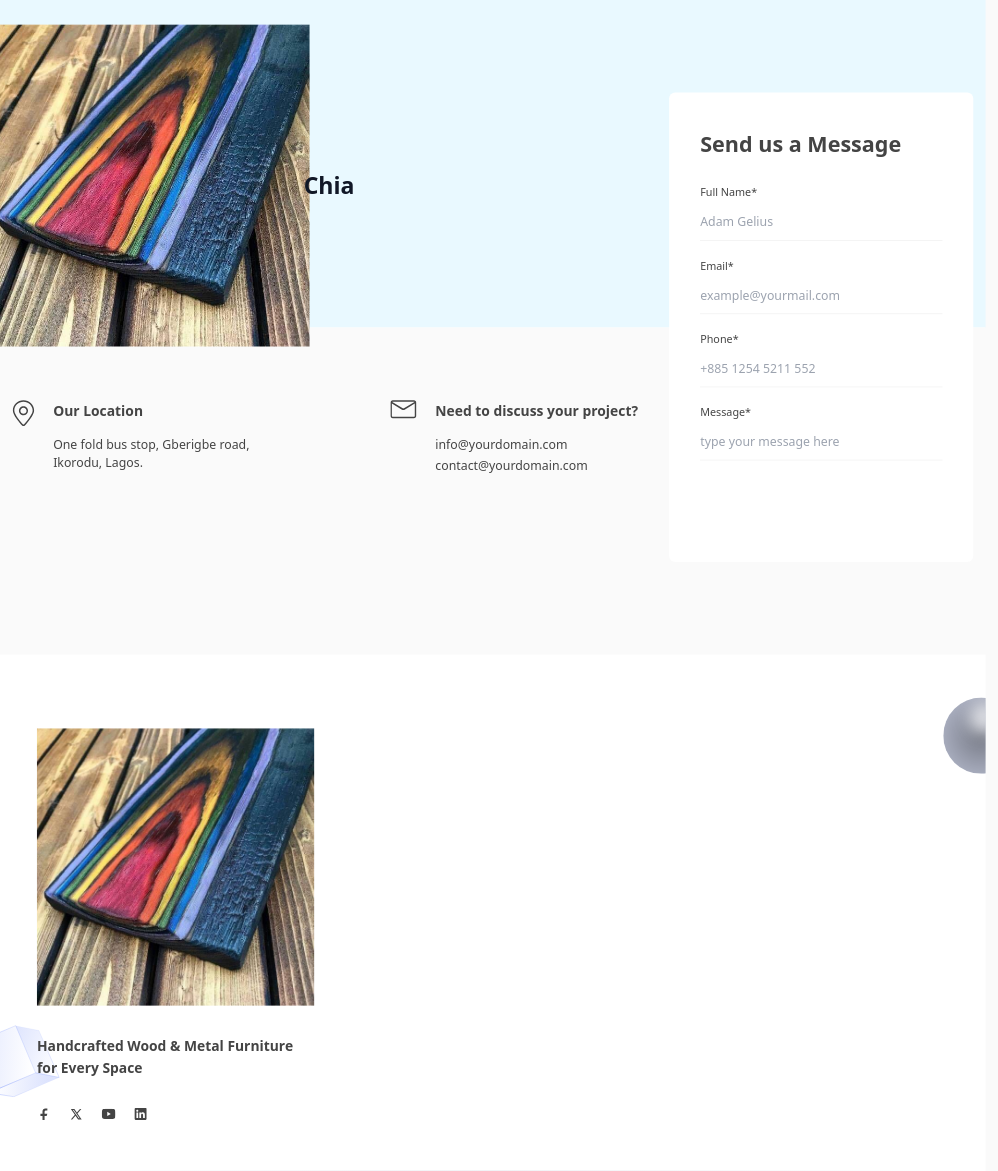
Repository: SuezDevelopment/chiara_creations
Page: /
An editor plug-in stored every save of this project. The page is shown before and after the next save, followed by the edit.
The browser window is 1280 px wide. The page is 1296 px wide, so the pictures cover 1296 px, including what lies to the right of the window. The pictures show the whole page, at 77% of full size.
The project was rebuilt for these pictures with package versions that can differ from the ones it lists, and the page was loaded fresh each time. The framework's server and built-in components were replaced by stand-ins that run in the browser. Also part of the build but not shown: next.config.mjs.

Above is the page before, as saved 2024-03-07 13:06:49.

### src/pages/_app.tsx
import 'tailwindcss/tailwind.css';
import "@/styles/globals.css";
import type { AppProps } from "next/app";

import {memo} from 'react';

const MyApp = memo(({Component, pageProps}: AppProps): JSX.Element => {
  return (
    <>
      <Component {...pageProps} />
    </>
  );
});

export default MyApp;

### src/pages/_document.tsx
import { Html, Head, Main, NextScript } from "next/document";

export default function Document() {
  return (
    <Html lang="en">
      <Head>
        <meta charSet="utf-8" />

        <meta content="notranslate" name="google" />
      </Head>
      <body>
        <Main />
        <NextScript />
      </body>
    </Html>
  );
}

### src/pages/index.tsx
import Image from "next/image";
import { Inter } from "next/font/google";
import Page from "@/components/layout/page";
import { homePageMeta } from "@/data/data";
import Header from "@/components/ui/header";
import Contact from "@/components/ui/contact";
import Footer from "@/components/ui/footer";

export default function Home() {
  const {title, description} = homePageMeta;
  return (
    <Page title={title} description={description}>
      <Header />
      <Contact />
      <Footer />
    </Page>
  );
}

### src/styles/globals.css
@tailwind base;
@tailwind components;
@tailwind utilities;

@layer utilities {
  /* Chrome, Safari and Opera */
  .no-scrollbar::-webkit-scrollbar {
    display: none;
  }

  .no-scrollbar {
    -ms-overflow-style: none; /* IE and Edge */
    scrollbar-width: none; /* Firefox */
  }
}

@supports (-webkit-touch-callout: none) {
  .h-screen {
    height: -webkit-fill-available;
  }
}

* {
  -webkit-font-smoothing: antialiased;
  -moz-osx-font-smoothing: grayscale;
}

html {
  -webkit-tap-highlight-color: transparent;
  scroll-behavior: smooth;
  height: 100vh;
}

body {
  position: relative;
  width: 100%;
  color: #444444;
  font-family: system-ui, -apple-system, BlinkMacSystemFont, 'Segoe UI', Ubuntu, 'Helvetica Neue', sans-serif;
  background-color: #fafafa;
}

td,
th {
  padding: 4px 8px 4px 4px;
  text-align: left;
}

th {
  font-weight: 600;
}

### src/components/layout/page.tsx
import { HomepageMeta } from '@/data/types';
import {NextPage} from 'next';
import Head from 'next/head';
import {useRouter} from 'next/router';
import {memo, PropsWithChildren} from 'react';


const Page: NextPage<PropsWithChildren<HomepageMeta>> = memo(({children, title, description}) => {
    const router = useRouter();
    const {asPath: pathname} = useRouter();
    return (
        <>
            <Head>
                <title>{title}</title>
                <meta name="description" content={description} />

                 {/* several domains list the same content, make sure google knows we mean this one. */}
                <link href={`https://chiara-creations.vercel.app${pathname}`} key="canonical" rel="canonical" />
                <link href="/favicon.ico" rel="icon" sizes="any" />

                <link href="/icon.svg" rel="icon" type="image/svg+xml" />

                <link href="/apple-touch-icon.png" rel="apple-touch-icon" />

                <link href="/site.webmanifest" rel="manifest" />

                {/* Open Graph : https://ogp.me/ */}
                <meta content={title} property="og:title" />
                <meta content={description} property="og:description" />
                <meta content={`https://chiara-creations.vercel.app${pathname}`} property="og:url" />

                <meta content={title} name="twitter:title" />
                <meta content={description} name="twitter:description" />
            </Head>
            <main>
                {children}
            </main>
        </>
    )
});

Page.displayName = 'Page';
export default Page;

### src/data/data.ts
import { HomepageMeta, Service } from "./types";

export const homePageMeta: HomepageMeta = {
  title:
    "Chiara Creations - Handcrafted Wood & Metal Furniture for Every Space",
  description:
    "With a focus on quality craftsmanship and innovative design, we cater to various sectors including residential, commercial, and industrial clients.",
};

export const services: Service[] = [
  {
    name: "Wooden Furniture",
    description:
      "At Chiara creations,our wooden furniture range includes but is not limited to tables, chairs, doors,cabinets, shelves, closets,bed frames, and custom-designed pieces.",
  },
  {
    name: "Metal Furniture",
    description:
      "We also manufacture metal furniture such as steel-framed tables, chairs, desks, shelves, armored doors, security doors , regular doors and industrial-style furniture for modern living spaces.",
  },
  {
    name: "Custom Fabrication",
    description:
      "We provide bespoke fabrication services, collaborating closely with clients to create custom wood and metal products tailored to their specific requirements.",
  },
  {
    name: "Interior Design Solutions",
    description:
      "Our team here at Chiara creations offers comprehensive interior design solutions, integrating our furniture pieces into cohesive interior spaces for homes, offices, restaurants, and other commercial establishments.",
  },
  {
    name: "Consultation and Installation",
    description:
      "From initial consultation to final installation, we ensure a seamless process, guiding clients through every step of the project to achieve their desired outcome.",
  },
];

### src/components/ui/header.tsx
"use client";
import Image from "next/image";
import Link from "next/link";
import { usePathname } from "next/navigation";
// import ThemeToggler from "./ThemeToggler";
// import menuData from "./menuData";
import { useState, useEffect, SetStateAction, ReactElement, JSXElementConstructor, ReactNode, PromiseLikeOfReactNode, Key, ReactPortal } from "react";
import { UrlObject } from "url";


const menuData: { path: string | UrlObject; title: string | number | boolean | PromiseLikeOfReactNode | ReactElement<any, string | JSXElementConstructor<any>> | Iterable<ReactNode> | null | undefined; submenu: any[]; }[] = [

];

const Header = () => {
  // Navbar toggle
  const [navbarOpen, setNavbarOpen] = useState(false);
  const navbarToggleHandler = () => {
    setNavbarOpen(!navbarOpen);
  };

  // Sticky Navbar
  const [sticky, setSticky] = useState(false);
  const handleStickyNavbar = () => {
    if (window.scrollY >= 80) {
      setSticky(true);
    } else {
      setSticky(false);
    }
  };
  useEffect(() => {
    window.addEventListener("scroll", handleStickyNavbar);
  });

  // submenu handler
  const [openIndex, setOpenIndex] = useState(-1);
  const handleSubmenu = (index: number) => {
    if (openIndex === index) {
      setOpenIndex(-1);
    } else {
      setOpenIndex(index);
    }
  };

  const usePathName = usePathname();

  return (
    <>
      <header
        className={`header left-0 top-0 z-40 flex w-full items-center ${
          sticky
            ? "dark:bg-gray-dark dark:shadow-sticky-dark fixed z-[9999] bg-white !bg-opacity-80 shadow-sticky backdrop-blur-sm transition"
            : "absolute bg-transparent"
        }`}
      >
        <div className="container">
          <div className="relative -mx-4 flex items-center justify-between">
            <div className="w-full max-w-full px-4 xl:mr-12 relative z-20 flex justify-between md:px-0 lg:w-max">
              <Link
                href="/"
                className={`header-logo w-full flex items-center -space-x-2 ${
                  sticky ? "py-5 lg:py-2" : "py-8"
                } `}
              >
                <Image
                  src="/images/logo.png"
                  alt="logo"
                  width={40}
                  height={30}
                  className="w-full dark:hidden"
                />
                <Image
                  src="/images/logo.png"
                  alt="logo"
                  width={40}
                  height={30}
                  className="hidden w-full dark:block"
                />
              <span class="text-2xl sm:text-xl md:text-3xl font-bold text-gray-900 dark:text-gray">Chia</span>
              </Link>
            </div>
            <div className="flex w-full items-center justify-between px-4">
              <div>
                <button
                  onClick={navbarToggleHandler}
                  id="navbarToggler"
                  aria-label="Mobile Menu"
                  className="absolute right-4 top-1/2 block translate-y-[-50%] rounded-lg px-3 py-[6px] ring-primary focus:ring-2 lg:hidden"
                >
                  <span
                    className={`relative my-1.5 block h-0.5 w-[30px] bg-black transition-all duration-300 dark:bg-white ${
                      navbarOpen ? " top-[7px] rotate-45" : " "
                    }`}
                  />
                  <span
                    className={`relative my-1.5 block h-0.5 w-[30px] bg-black transition-all duration-300 dark:bg-white ${
                      navbarOpen ? "opacity-0 " : " "
                    }`}
                  />
                  <span
                    className={`relative my-1.5 block h-0.5 w-[30px] bg-black transition-all duration-300 dark:bg-white ${
                      navbarOpen ? " top-[-8px] -rotate-45" : " "
                    }`}
                  />
                </button>
                <nav
                  id="navbarCollapse"
                  className={`navbar absolute right-0 z-30 w-[250px] rounded border-[.5px] border-body-color/50 bg-white px-6 py-4 duration-300 dark:border-body-color/20 dark:bg-dark lg:visible lg:static lg:w-auto lg:border-none lg:!bg-transparent lg:p-0 lg:opacity-100 ${
                    navbarOpen
                      ? "visibility top-full opacity-100"
                      : "invisible top-[120%] opacity-0"
                  }`}
                >
                  <ul className="block lg:flex lg:space-x-12">
                    {menuData.map((menuItem: { path: string | UrlObject; title: string | number | boolean | ReactElement<any, string | JSXElementConstructor<any>> | Iterable<ReactNode> | PromiseLikeOfReactNode | null | undefined; submenu: any[]; }, index: any | null | undefined) => (
                      <li key={index} className="group relative">
                        {menuItem.path ? (
                          <Link
                            href={menuItem.path}
                            className={`flex py-2 text-base lg:mr-0 lg:inline-flex lg:px-0 lg:py-6 ${
                              usePathName === menuItem.path
                                ? "text-primary dark:text-white"
                                : "text-dark hover:text-primary dark:text-white/70 dark:hover:text-white"
                            }`}
                          >
                            {menuItem.title}
                          </Link>
                        ) : (
                          <>
                            <p
                              onClick={() => handleSubmenu(index)}
                              className="flex cursor-pointer items-center justify-between py-2 text-base text-dark group-hover:text-primary dark:text-white/70 dark:group-hover:text-white lg:mr-0 lg:inline-flex lg:px-0 lg:py-6"
                            >
                              {menuItem.title}
                              <span className="pl-3">
                                <svg width="25" height="24" viewBox="0 0 25 24">
                                  <path
                                    fillRule="evenodd"
                                    clipRule="evenodd"
                                    d="M6.29289 8.8427C6.68342 8.45217 7.31658 8.45217 7.70711 8.8427L12 13.1356L16.2929 8.8427C16.6834 8.45217 17.3166 8.45217 17.7071 8.8427C18.0976 9.23322 18.0976 9.86639 17.7071 10.2569L12 15.964L6.29289 10.2569C5.90237 9.86639 5.90237 9.23322 6.29289 8.8427Z"
                                    fill="currentColor"
                                  />
                                </svg>
                              </span>
                            </p>
                            <div
                              className={`submenu relative left-0 top-full rounded-sm bg-white transition-[top] duration-300 group-hover:opacity-100 dark:bg-dark lg:invisible lg:absolute lg:top-[110%] lg:block lg:w-[250px] lg:p-4 lg:opacity-0 lg:shadow-lg lg:group-hover:visible lg:group-hover:top-full ${
                                openIndex === index ? "block" : "hidden"
                              }`}
                            >
                              {menuItem.submenu.map((submenuItem: { path: string | UrlObject; title: string | number | boolean | ReactElement<any, string | JSXElementConstructor<any>> | Iterable<ReactNode> | ReactPortal | PromiseLikeOfReactNode | null | undefined; }, index: Key | null | undefined) => (
                                <Link
                                  href={submenuItem.path}
                                  key={index}
                                  className="block rounded py-2.5 text-sm text-dark hover:text-primary dark:text-white/70 dark:hover:text-white lg:px-3"
                                >
                                  {submenuItem.title}
                                </Link>
                              ))}
                            </div>
                          </>
                        )}
                      </li>
                    ))}
                  </ul>
                </nav>
              </div>

            </div>
          </div>
        </div>
      </header>
    </>
  );
};

export default Header;

### src/components/ui/contact.tsx
const Contact = () => {
    return (
      <section id="contact" className="relative py-20 md:py-[120px]">
        <div className="absolute left-0 top-0 -z-[1] h-full w-full dark:bg-dark"></div>
        <div className="absolute left-0 top-0 -z-[1] h-1/2 w-full bg-[#E9F9FF] dark:bg-dark-700 lg:h-[45%] xl:h-1/2"></div>
        <div className="container px-4">
          <div className="-mx-4 flex flex-wrap items-center">
            <div className="w-full px-4 lg:w-7/12 xl:w-8/12">
              <div className="ud-contact-content-wrapper">
                <div className="ud-contact-title mb-12 lg:mb-[150px]">
                  <span className="mb-6 block text-base font-medium text-dark">
                    CONTACT US
                  </span>
                  <h2 className="max-w-[360px] text-[35px] font-bold leading-[1.14] text-dark">
                    Let Chiara Creations transform your space.
                  </h2>
                </div>
                <div className="mb-12 flex flex-wrap justify-between lg:mb-0">
                  <div className="mb-8 flex w-[330px] max-w-full">
                    <div className="mr-6 text-[32px] text-primary">
                      <svg
                        width="29"
                        height="35"
                        viewBox="0 0 29 35"
                        className="fill-current"
                      >
                        <path d="M14.5 0.710938C6.89844 0.710938 0.664062 6.72656 0.664062 14.0547C0.664062 19.9062 9.03125 29.5859 12.6406 33.5234C13.1328 34.0703 13.7891 34.3437 14.5 34.3437C15.2109 34.3437 15.8672 34.0703 16.3594 33.5234C19.9688 29.6406 28.3359 19.9062 28.3359 14.0547C28.3359 6.67188 22.1016 0.710938 14.5 0.710938ZM14.9375 32.2109C14.6641 32.4844 14.2812 32.4844 14.0625 32.2109C11.3828 29.3125 2.57812 19.3594 2.57812 14.0547C2.57812 7.71094 7.9375 2.625 14.5 2.625C21.0625 2.625 26.4219 7.76562 26.4219 14.0547C26.4219 19.3594 17.6172 29.2578 14.9375 32.2109Z" />
                        <path d="M14.5 8.58594C11.2734 8.58594 8.59375 11.2109 8.59375 14.4922C8.59375 17.7188 11.2187 20.3984 14.5 20.3984C17.7812 20.3984 20.4062 17.7734 20.4062 14.4922C20.4062 11.2109 17.7266 8.58594 14.5 8.58594ZM14.5 18.4297C12.3125 18.4297 10.5078 16.625 10.5078 14.4375C10.5078 12.25 12.3125 10.4453 14.5 10.4453C16.6875 10.4453 18.4922 12.25 18.4922 14.4375C18.4922 16.625 16.6875 18.4297 14.5 18.4297Z" />
                      </svg>
                    </div>
                    <div>
                      <h3 className="mb-[18px] text-lg font-semibold text-dark">
                        Our Location
                      </h3>
                      <p className="text-base text-body-color dark:text-dark-6">
                        One fold bus stop, Gberigbe road, Ikorodu, Lagos.
                      </p>
                    </div>
                  </div>
                  <div className="mb-8 flex w-[330px] max-w-full">
                    <div className="mr-6 text-[32px] text-primary">
                      <svg
                        width="34"
                        height="25"
                        viewBox="0 0 34 25"
                        className="fill-current"
                      >
                        <path d="M30.5156 0.960938H3.17188C1.42188 0.960938 0 2.38281 0 4.13281V20.9219C0 22.6719 1.42188 24.0938 3.17188 24.0938H30.5156C32.2656 24.0938 33.6875 22.6719 33.6875 20.9219V4.13281C33.6875 2.38281 32.2656 0.960938 30.5156 0.960938ZM30.5156 2.875C30.7891 2.875 31.0078 2.92969 31.2266 3.09375L17.6094 11.3516C17.1172 11.625 16.5703 11.625 16.0781 11.3516L2.46094 3.09375C2.67969 2.98438 2.89844 2.875 3.17188 2.875H30.5156ZM30.5156 22.125H3.17188C2.51562 22.125 1.91406 21.5781 1.91406 20.8672V5.00781L15.0391 12.9922C15.5859 13.3203 16.1875 13.4844 16.7891 13.4844C17.3906 13.4844 17.9922 13.3203 18.5391 12.9922L31.6641 5.00781V20.8672C31.7734 21.5781 31.1719 22.125 30.5156 22.125Z" />
                      </svg>
                    </div>
                    <div>
                      <h3 className="mb-[18px] text-lg font-semibold text-dark">
                        Need to discuss your project?
                      </h3>
                      <p className="text-base text-body-color dark:text-dark-6">
                        info@yourdomain.com
                      </p>
                      <p className="mt-1 text-base text-body-color dark:text-dark-6">
                        contact@yourdomain.com
                      </p>
                    </div>
                  </div>
                </div>
              </div>
            </div>
            <div className="w-full px-4 lg:w-5/12 xl:w-4/12">
              <div
                className="wow fadeInUp rounded-lg bg-white px-8 py-10 shadow-testimonial dark:bg-dark-2 dark:shadow-none sm:px-10 sm:py-12 md:p-[60px] lg:p-10 lg:px-10 lg:py-12 2xl:p-[60px]"
                data-wow-delay=".2s
                "
              >
                <h3 className="mb-8 text-2xl font-semibold text-dark md:text-[28px] md:leading-[1.42]">
                  Send us a Message
                </h3>
                <form>
                  <div className="mb-[22px]">
                    <label
                      htmlFor="fullName"
                      className="mb-4 block text-sm text-body-color dark:text-dark-6"
                    >
                      Full Name*
                    </label>
                    <input
                      type="text"
                      name="fullName"
                      placeholder="Adam Gelius"
                      className="w-full border-0 border-b border-[#f1f1f1] bg-transparent pb-3 text-dark placeholder:text-body-color/60 focus:border-primary focus:outline-none dark:border-dark-3"
                    />
                  </div>
                  <div className="mb-[22px]">
                    <label
                      htmlFor="email"
                      className="mb-4 block text-sm text-body-color dark:text-dark-6"
                    >
                      Email*
                    </label>
                    <input
                      type="email"
                      name="email"
                      placeholder="example@yourmail.com"
                      className="w-full border-0 border-b border-[#f1f1f1] bg-transparent pb-3 text-dark placeholder:text-body-color/60 focus:border-primary focus:outline-none dark:border-dark-3"
                    />
                  </div>
                  <div className="mb-[22px]">
                    <label
                      htmlFor="phone"
                      className="mb-4 block text-sm text-body-color dark:text-dark-6"
                    >
                      Phone*
                    </label>
                    <input
                      type="text"
                      name="phone"
                      placeholder="+885 1254 5211 552"
                      className="w-full border-0 border-b border-[#f1f1f1] bg-transparent pb-3 text-dark placeholder:text-body-color/60 focus:border-primary focus:outline-none dark:border-dark-3"
                    />
                  </div>
                  <div className="mb-[30px]">
                    <label
                      htmlFor="message"
                      className="mb-4 block text-sm text-body-color dark:text-dark-6"
                    >
                      Message*
                    </label>
                    <textarea
                      name="message"
                      rows={1}
                      placeholder="type your message here"
                      className="w-full resize-none border-0 border-b border-[#f1f1f1] bg-transparent pb-3 text-dark placeholder:text-body-color/60 focus:border-primary focus:outline-none dark:border-dark-3"
                    ></textarea>
                  </div>
                  <div className="mb-0">
                    <button
                      type="submit"
                      className="inline-flex items-center justify-center rounded-md bg-primary px-10 py-3 text-base font-medium text-white transition duration-300 ease-in-out hover:bg-primary/90"
                    >
                      Send
                    </button>
                  </div>
                </form>
              </div>
            </div>
          </div>
        </div>
      </section>
    );
  };

  export default Contact;

Loaded but not shown: tailwind.config.ts (common file); src/components/ui/footer.tsx (331 lines, source omitted)

After the next save:
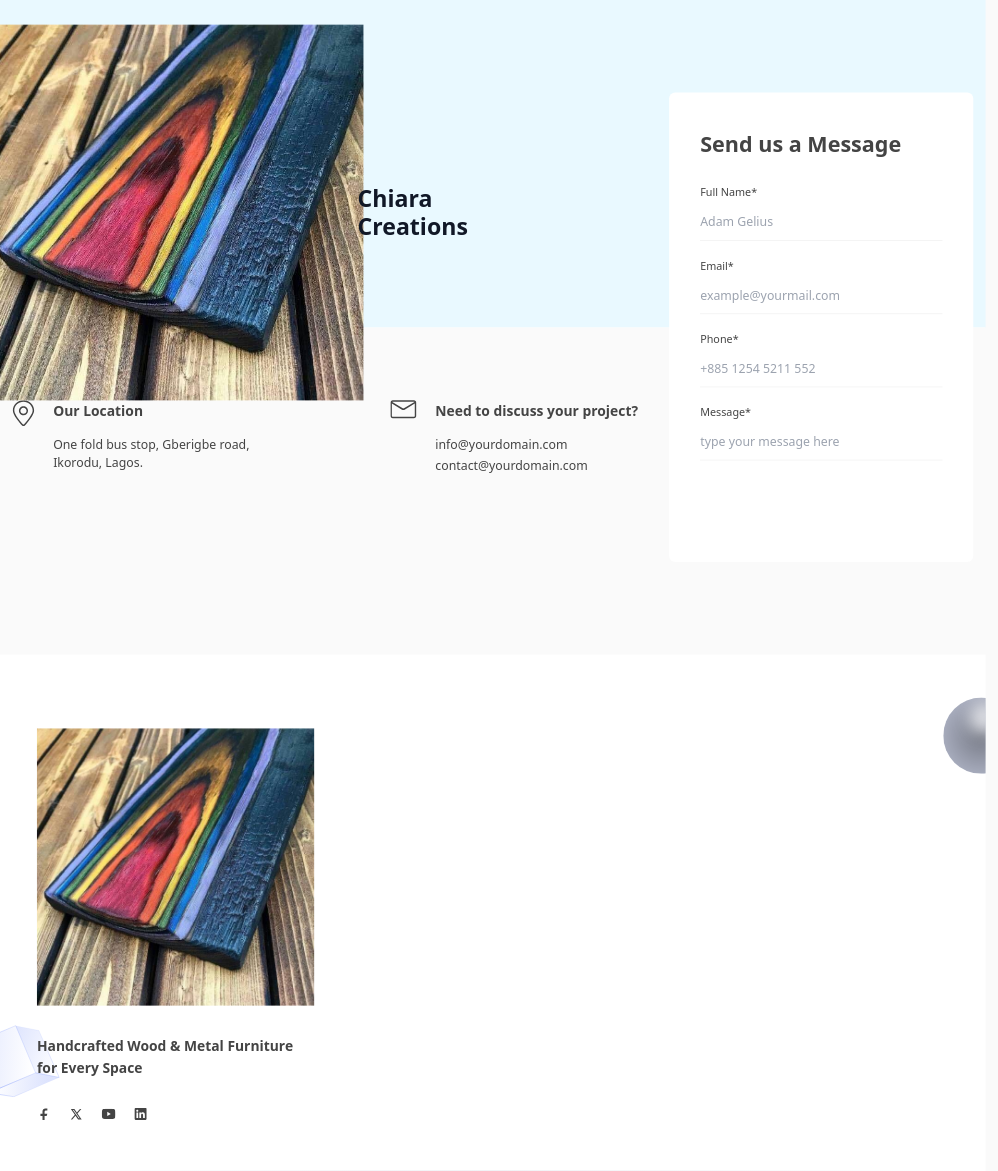
Saved 14 s later.
--- a/src/components/ui/header.tsx
+++ b/src/components/ui/header.tsx
@@ -76,7 +76,7 @@ const Header = () => {
                   height={30}
                   className="hidden w-full dark:block"
                 />
-              <span class="text-2xl sm:text-xl md:text-3xl font-bold text-gray-900 dark:text-gray">Chia</span>
+              <span class="text-2xl sm:text-xl md:text-3xl font-bold text-gray-900 dark:text-gray">Chiara Creations</span>
               </Link>
             </div>
             <div className="flex w-full items-center justify-between px-4">
